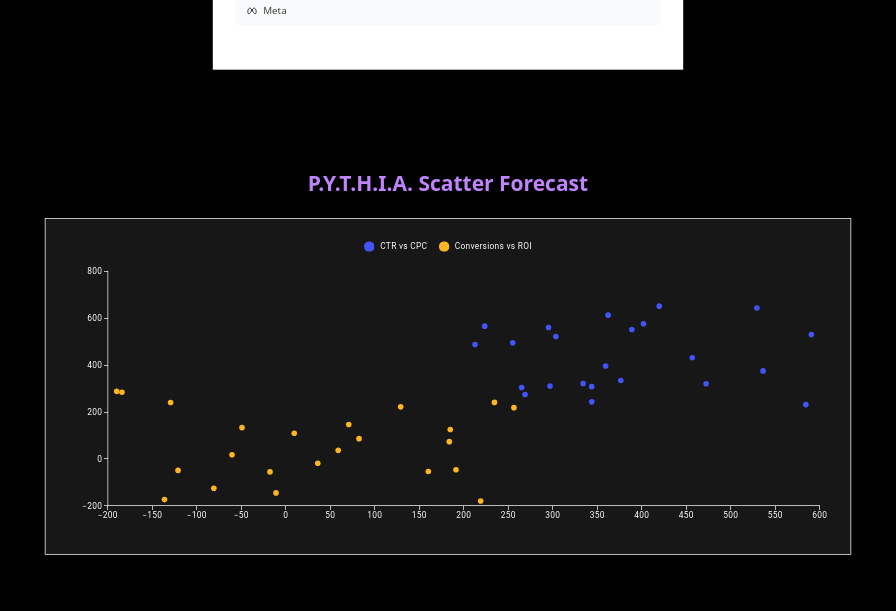
Repository: gaswiz/pythia-core
Page: / (app in frontend-v2/)
These files come from the project's save history. The page is drawn as it stood at one moment and after a run of saves; the edit follows.
The browser window is 1280 px wide. The pictures show the part of the page from y = 2591 to 4511 px (the page is 3464 px tall before and 4713 px after), at 70% of full size.
Some web libraries are served in a nearby version. The project was rebuilt for these pictures with package versions that can differ from the ones it lists, and the page was loaded fresh each time. Also part of the build but not shown: frontend-v2/vite.config.js, frontend-v2/src/components/ui/ForecastReport.tsx.

Above is the page before, as saved 2025-05-28 12:03:23.

After the next 2 saves:
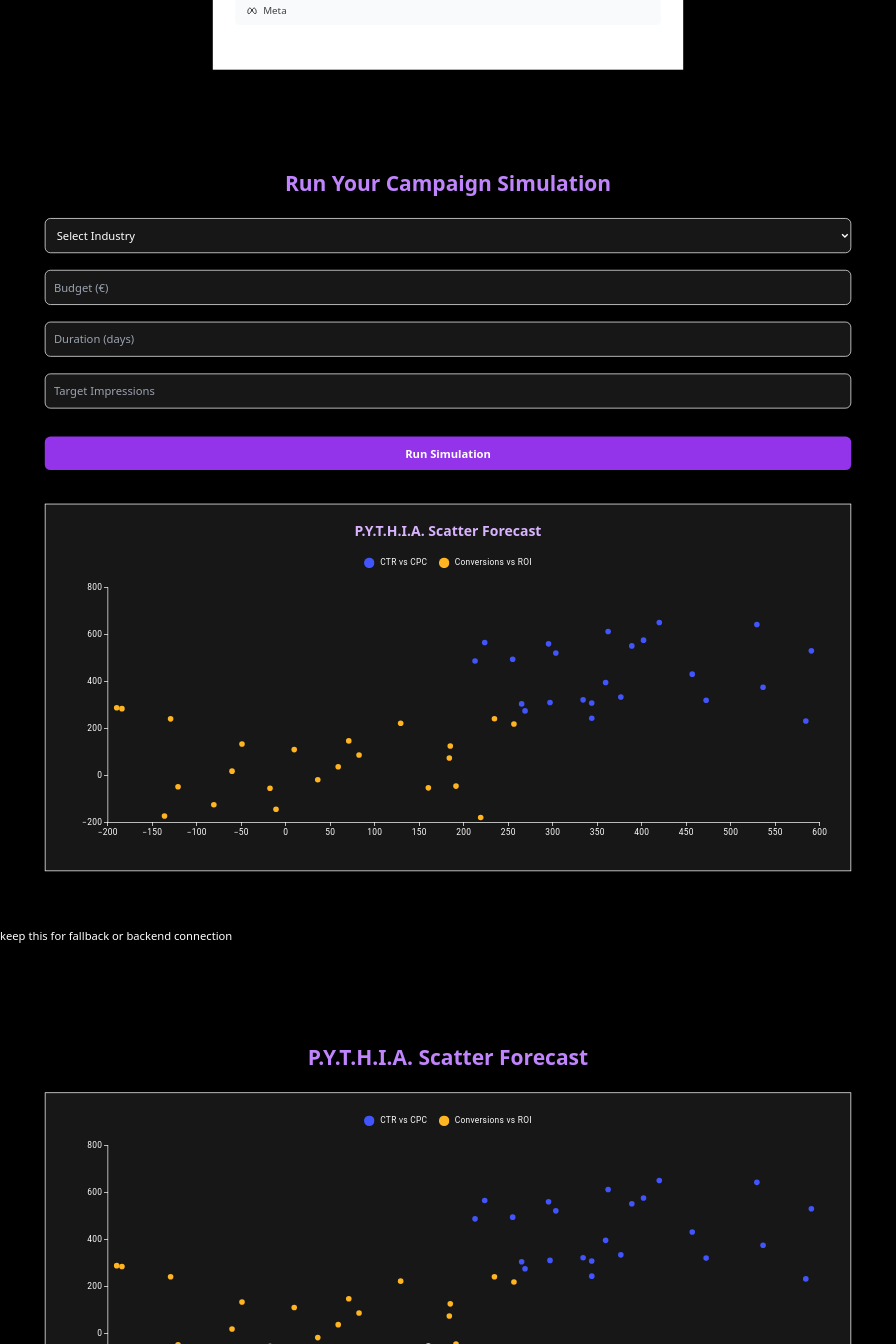
The 2 saves are shown as one change because they came seconds apart.
The last was saved 2 min 2 s later.
--- a/frontend-v2/src/App.jsx
+++ b/frontend-v2/src/App.jsx
@@ -11,7 +11,7 @@
       <HeroSectionOne />
       <FileUploadDemo />
       <CampaignSimulationForm /> {/* new UI form */}
-      {/* <Simulation /> keep this for fallback or backend connection */}
+      <Simulation /> keep this for fallback or backend connection
       <ScatterDataset />
     </div>
   );
